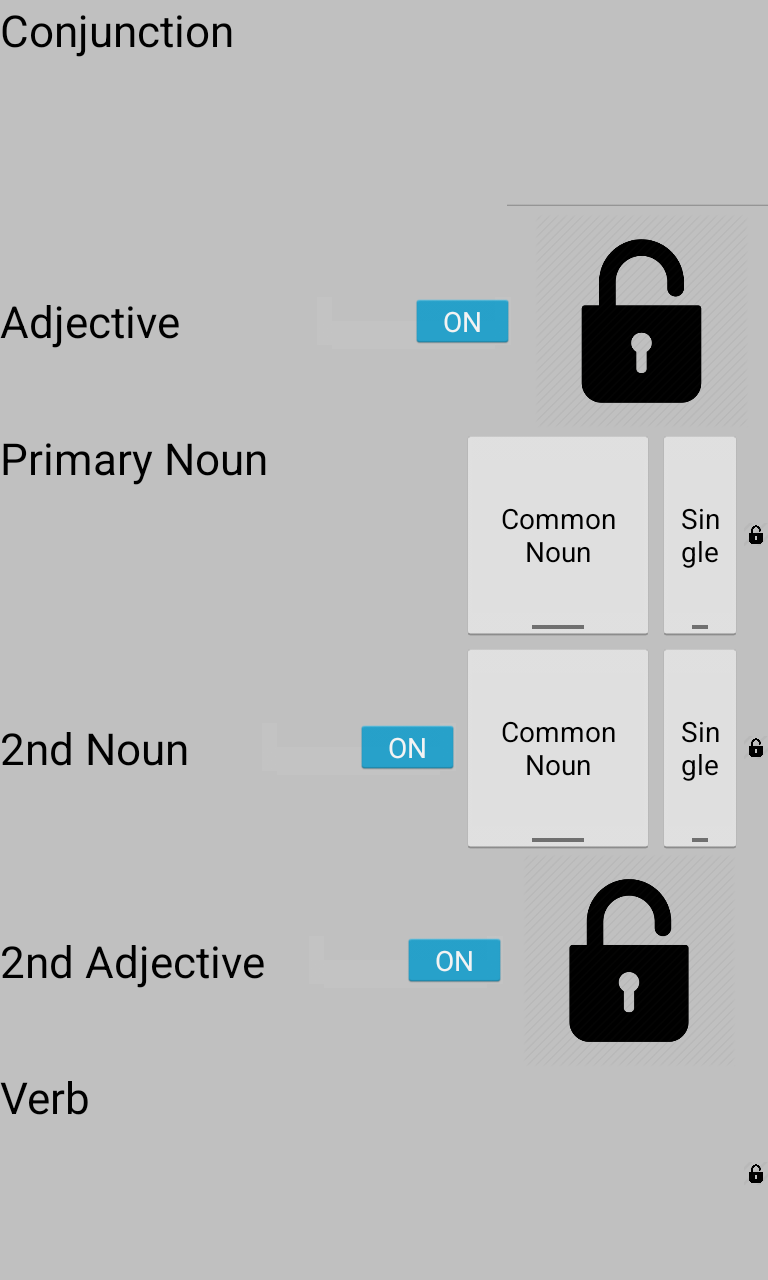
Repository: TheDizzler/TableTopTools
Layout: RPGTools/res/layout/fragment_cause_controls.xml
An editor plug-in stored every save of this project. The layout is shown before and after the next save, followed by the edit.
It is drawn on a 768 x 1280 px phone screen (xhdpi) without system bars, with theme AppTheme; the app's code is not run.

Above is the layout before, as saved 2017-03-22 09:27:57.

### RPGTools/res/layout/fragment_cause_controls.xml
<?xml version="1.0" encoding="utf-8"?>
<TableLayout xmlns:android="http://schemas.android.com/apk/res/android"
    android:layout_width="match_parent"
    android:layout_height="match_parent"
    android:background="#C0C0C0"
    android:measureWithLargestChild="true"
    android:orientation="vertical"
    android:dividerPadding="10dp"
    android:showDividers="beginning"
    android:weightSum="6" >

    <TableRow
        android:id="@+id/tableRow1_cause"
        android:layout_width="match_parent"
        android:layout_height="wrap_content"
        android:showDividers="beginning"
        android:dividerPadding="10dp"
        android:layout_weight="1">

        <TextView
            android:id="@+id/textView1"
            android:layout_height="match_parent"
            android:layout_width="wrap_content"
            android:layout_span="1"
            android:text="Conjunction"
            android:textAppearance="?android:attr/textAppearanceLarge" />

        <Spinner
            android:id="@+id/spinner_Conjunctions"
            android:layout_width="wrap_content"
            android:layout_height="match_parent"
            android:layout_span="2" />

        <ImageView
            android:id="@+id/lockBtn_conj"
            android:layout_width="32dp"
            android:layout_height="match_parent"
            android:src="@drawable/unlocked"
            android:layout_span="1" />
    </TableRow>

    <TableRow
        android:id="@+id/tableRow2"
        android:layout_width="match_parent"
        android:layout_height="wrap_content"
        android:layout_weight="1"
        android:weightSum="2" >

        <Switch
            android:id="@+id/switch_primaryAdjective"
            android:layout_width="wrap_content"
            android:layout_height="match_parent"
            android:layout_weight="1"
            android:layout_span="1"
            android:checked="true"
            android:text="Adjective"
            android:textAppearance="?android:attr/textAppearanceLarge" />

        <ImageView
            android:id="@+id/lockBtn_primaryAdj"
            android:layout_width="32dp"
            android:layout_height="match_parent"
            android:layout_weight="1"
            android:src="@drawable/unlocked"
            android:layout_span="1" />
    </TableRow>

    <TableRow
        android:id="@+id/tableRow3"
        android:layout_width="match_parent"
        android:layout_height="wrap_content"
        android:layout_weight="1"
        android:weightSum="4" >

        <TextView
            android:id="@+id/textView3"
            android:layout_width="wrap_content"
            android:layout_height="match_parent"
            android:layout_weight="1"
            android:layout_span="1"
            android:text="Primary Noun"
            android:textAppearance="?android:attr/textAppearanceLarge" />

        <ToggleButton
            android:id="@+id/toggleBtn_primaryNounProper"
            android:layout_width="wrap_content"
            android:layout_height="match_parent"
            android:layout_weight="1"
            android:layout_span="1"
            android:textOff="Common Noun"
            android:textOn="Proper Noun" />

        <ToggleButton
            android:id="@+id/toggleBtn_primaryNounPlural"
            android:layout_width="wrap_content"
            android:layout_height="match_parent"
            android:layout_weight="1"
            android:layout_span="1"
            android:textOff="Single"
            android:textOn="Plural" />

        <ImageView
            android:id="@+id/lockBtn_primaryNoun"
            android:layout_width="32dp"
            android:layout_height="match_parent"
            android:layout_weight="1"
            android:layout_span="1"
            android:src="@drawable/unlocked" />
    </TableRow>

    <TableRow
        android:id="@+id/tableRow4_secondaryNoun"
        android:layout_width="match_parent"
        android:layout_height="wrap_content"
        android:layout_weight="1"
        android:weightSum="4" >

        <Switch
            android:id="@+id/switch_secondaryNoun"
            android:layout_width="wrap_content"
            android:layout_height="match_parent"
            android:layout_weight="1"
            android:layout_span="1"
            android:checked="true"
            android:text="2nd Noun"
            android:textAppearance="?android:attr/textAppearanceLarge" />

        <ToggleButton
            android:id="@+id/toggleBtn_secondaryNounProper"
            android:layout_width="wrap_content"
            android:layout_height="match_parent"
            android:layout_weight="1"
            android:layout_span="1"
            android:textOff="Common Noun"
            android:textOn="Proper Noun" />

        <ToggleButton
            android:id="@+id/toggleBtn_secondaryNounPlural"
            android:layout_width="wrap_content"
            android:layout_height="match_parent"
            android:layout_weight="1"
            android:layout_span="1"
            android:textOff="Single"
            android:textOn="Plural" />

        <ImageView
            android:id="@+id/lockBtn_secondaryNoun"
            android:layout_width="32dp"
            android:layout_height="match_parent"
            android:layout_weight="1"
            android:layout_span="1"
            android:src="@drawable/unlocked" />
    </TableRow>

    <TableRow
        android:id="@+id/tableRow5_secondaryAdj"
        android:layout_width="match_parent"
        android:layout_height="wrap_content"
        android:layout_weight="1"
        android:weightSum="4" >

        <Switch
            android:id="@+id/switch_secondaryAdjective"
            android:layout_width="wrap_content"
            android:layout_height="match_parent"
            android:layout_weight="1"
            android:layout_span="1"
            android:checked="true"
            android:text="2nd Adjective"
            android:textAppearance="?android:attr/textAppearanceLarge" />

        <ImageView
            android:id="@+id/lockBtn_secondaryAdjective"
            android:layout_width="32dp"
            android:layout_height="match_parent"
            android:layout_weight="1"
            android:layout_span="1"
            android:src="@drawable/unlocked" />
    </TableRow>

    <TableRow
        android:id="@+id/tableRow6_causeVerb"
        android:layout_width="match_parent"
        android:layout_height="wrap_content"
        android:layout_weight="1"
        android:weightSum="4" >

        <TextView
            android:id="@+id/textView_causeVerb"
            android:layout_width="wrap_content"
            android:layout_height="match_parent"
            android:text="Verb"
            android:layout_weight="1"
            android:layout_span="3"
            android:textAppearance="?android:attr/textAppearanceLarge" />

        <ImageView
            android:id="@+id/lockBtn_causeVerb"
            android:layout_width="32dp"
            android:layout_height="match_parent"
            android:layout_weight="1"
            android:layout_span="1"
            android:src="@drawable/unlocked" />
    </TableRow>

</TableLayout>

Loaded but not shown: RPGTools/res/values/styles.xml (common file); RPGTools/res/values-v11/styles.xml (common file); RPGTools/res/values-v14/styles.xml (common file)

After the next save:
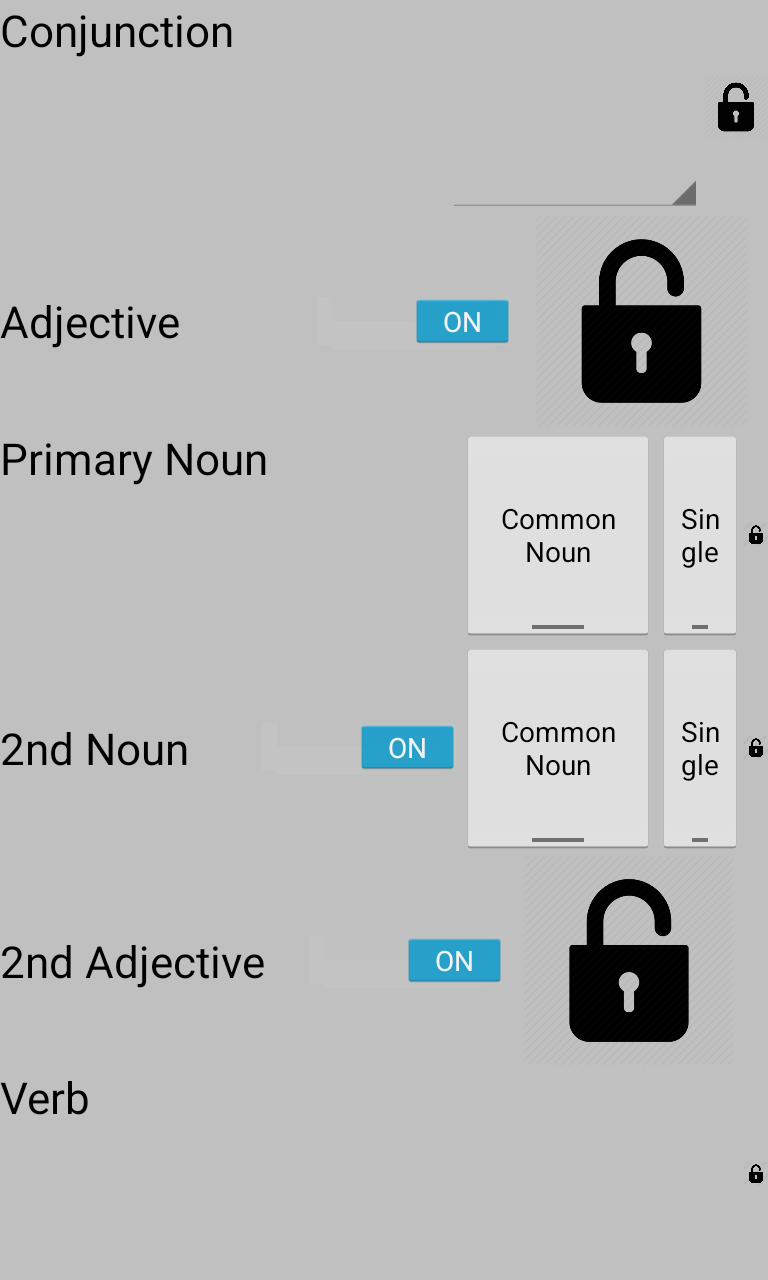
Saved 42 s later.
--- a/RPGTools/res/layout/fragment_cause_controls.xml
+++ b/RPGTools/res/layout/fragment_cause_controls.xml
@@ -21,6 +21,7 @@
             android:id="@+id/textView1"
             android:layout_height="match_parent"
             android:layout_width="wrap_content"
+            android:layout_weight="1"
             android:layout_span="1"
             android:text="Conjunction"
             android:textAppearance="?android:attr/textAppearanceLarge" />
@@ -29,43 +30,45 @@
             android:id="@+id/spinner_Conjunctions"
             android:layout_width="wrap_content"
             android:layout_height="match_parent"
+            android:layout_weight="1"
             android:layout_span="2" />
 
         <ImageView
             android:id="@+id/lockBtn_conj"
             android:layout_width="32dp"
             android:layout_height="match_parent"
+            android:src="@drawable/unlocked"
+            android:layout_weight="1"
+            android:layout_span="1" />
+    </TableRow>
+
+    <TableRow
+        android:id="@+id/tableRow2"
+        android:layout_width="match_parent"
+        android:layout_height="wrap_content"
+        android:layout_weight="1"
+        android:weightSum="2" >
+
+        <Switch
+            android:id="@+id/switch_primaryAdjective"
+            android:layout_width="wrap_content"
+            android:layout_height="match_parent"
+            android:layout_weight="1"
+            android:layout_span="1"
+            android:checked="true"
+            android:text="Adjective"
+            android:textAppearance="?android:attr/textAppearanceLarge" />
+
+        <ImageView
+            android:id="@+id/lockBtn_primaryAdj"
+            android:layout_width="32dp"
+            android:layout_height="match_parent"
+            android:layout_weight="1"
             android:src="@drawable/unlocked"
             android:layout_span="1" />
     </TableRow>
 
     <TableRow
-        android:id="@+id/tableRow2"
-        android:layout_width="match_parent"
-        android:layout_height="wrap_content"
-        android:layout_weight="1"
-        android:weightSum="2" >
-
-        <Switch
-            android:id="@+id/switch_primaryAdjective"
-            android:layout_width="wrap_content"
-            android:layout_height="match_parent"
-            android:layout_weight="1"
-            android:layout_span="1"
-            android:checked="true"
-            android:text="Adjective"
-            android:textAppearance="?android:attr/textAppearanceLarge" />
-
-        <ImageView
-            android:id="@+id/lockBtn_primaryAdj"
-            android:layout_width="32dp"
-            android:layout_height="match_parent"
-            android:layout_weight="1"
-            android:src="@drawable/unlocked"
-            android:layout_span="1" />
-    </TableRow>
-
-    <TableRow
         android:id="@+id/tableRow3"
         android:layout_width="match_parent"
         android:layout_height="wrap_content"
